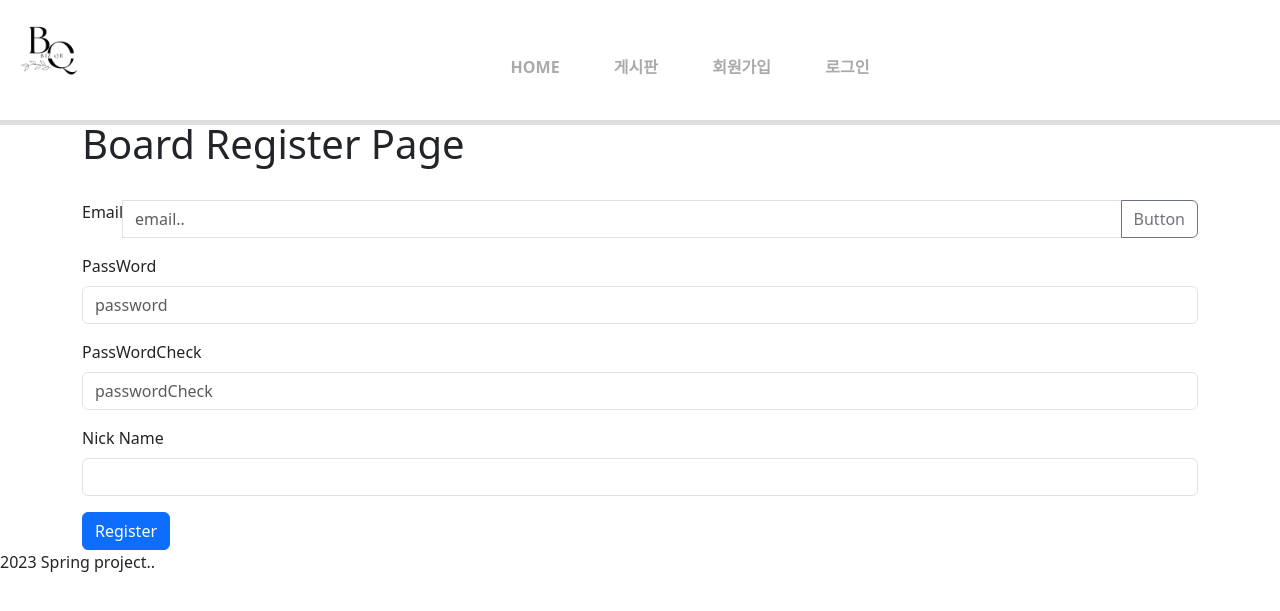
Repository: Skylee-1996/springSelf
Page: http://localhost/spring_test2/WEB-INF/views/member/register.jsp
An editor plug-in stored every save of this project. The page is shown before and after the next save, followed by the edit.
The browser window is 1280 px wide. The pictures show the whole page.
The page is served by Tomcat 9. Nobody is signed in. Other server files are loaded and not shown. The template is opened directly, without the code that normally fills it, so the values that code supplies are empty.

Above is the page before, as saved 2024-01-19 00:25:53.
Console error: TypeError: Cannot read properties of null (reading 'addEventListener')

### spring_test2/src/main/webapp/WEB-INF/views/member/register.jsp
<%@ page language="java" contentType="text/html; charset=UTF-8"
    pageEncoding="UTF-8"%>
<%@ taglib uri="http://java.sun.com/jsp/jstl/core" prefix="c"%>


<jsp:include page="../layout/header.jsp"></jsp:include>

	<!-- email, pwd, nick_name -->
<div class="container-md">
<h1>Board Register Page</h1>
<br>
<form action="/member/register" method="post" >
<div class="input-group mb-3">
  <label for="e" class="form-label">Email</label>
  <input type="email" class="form-control" name="email" id="e" placeholder="email.." required="required" aria-describedby="button-addon2">
   <button class="btn btn-outline-secondary" type="button" id="button-addon2">Button</button>
</div>

<div class="mb-3">
  <label for="p" class="form-label">PassWord</label>
  <input type="password" class="form-control" name="pwd" id="p" placeholder="password" required="required">
</div>
<div class="mb-3">
  <label for="pc" class="form-label">PassWordCheck</label>
  <input type="password" class="form-control" name="pwdC" id="pc" placeholder="passwordCheck" required="required">
</div>

<div class="mb-3">
  <label for="n" class="form-label">Nick Name</label>
   <input type="text" class="form-control" name="nickName" id="n">
</div>

<button type="submit" class="btn btn-primary" id="regBtn">Register</button>

</form>
</div>
<jsp:include page="../layout/footer.jsp"></jsp:include>

### spring_test2/src/main/webapp/WEB-INF/views/layout/header.jsp
<%@ page language="java" contentType="text/html; charset=UTF-8"
	pageEncoding="UTF-8"%>
<%@ taglib uri="http://java.sun.com/jsp/jstl/core" prefix="c"%>
<%@ taglib uri="http://www.springframework.org/security/tags"
	prefix="sec"%>
<!DOCTYPE html>
<html>
<head>
<meta charset="UTF-8">
<title>Insert title here</title>
<link rel="stylesheet" href="/resources/css/reset.css">
<link rel="stylesheet" href="/resources/css/nav.css">
<link href="https://cdn.jsdelivr.net/npm/bootstrap@5.3.1/dist/css/bootstrap.min.css" rel="stylesheet" integrity="sha384-4bw+/aepP/YC94hEpVNVgiZdgIC5+VKNBQNGCHeKRQN+PtmoHDEXuppvnDJzQIu9" crossorigin="anonymous">
<link
	href='https://fonts.googleapis.com/css?family=Roboto:500,900,100,300,700,400'
	rel='stylesheet' type='text/css'>
</head>
<body>

	<nav class="stroke">
	<a class="logo" href="/"><img src="/resources/image/logo.png" alt=""/></a>
		<ul>
			<li><a href="/">Home</a></li>
			<li><a href="/board/list">게시판</a></li>
			<sec:authorize access="isAuthenticated()">
				<sec:authentication property="principal.mvo.email" var="authEmail" />
				<sec:authentication property="principal.mvo.nickName" var="authNick" />
				<sec:authentication property="principal.mvo.authList" var="auths" />


				<c:choose>
					<c:when
						test="${auths.stream().anyMatch(authVO -> authVO.auth.equals('ROLE_ADMIN')).get() }">
						<li><a href="/member/list">회원리스트
								${authNick}(${authEmail}/ADMIN)</a></li>
					</c:when>
					<c:otherwise>
						<li><a href="/member/modify">회원정보
								수정${authNick}(${authEmail})</a></li>
					</c:otherwise>
				</c:choose>


				<li><a href="/member/logout" id="logoutLink">로그아웃</a></li>
				<li><a href="/board/register">게시판 글쓰기</a></li>
				<form action="/member/logout" method="post" id="logoutForm">
					<!--인증 된 이메일  -->
					<input type="hidden" name="email" value="${authEmail}">
				</form>

			</sec:authorize>

			<sec:authorize access="isAnonymous()">
				<li><a href="/member/register">회원가입</a></li>

				<li><a href="/member/login">로그인</a></li>
			</sec:authorize>
		</ul>
	</nav>



	<script type="text/javascript">

document.getElementById('logoutLink').addEventListener('click',(e)=>{
    e.preventDefault();
    document.getElementById('logoutForm').submit();
});
</script>

### spring_test2/src/main/webapp/WEB-INF/views/layout/footer.jsp
<%@ page language="java" contentType="text/html; charset=UTF-8"
    pageEncoding="UTF-8"%>



<div>
	2023 Spring project..
</div>

 <script src="https://cdn.jsdelivr.net/npm/bootstrap@5.3.1/dist/js/bootstrap.bundle.min.js" integrity="sha384-HwwvtgBNo3bZJJLYd8oVXjrBZt8cqVSpeBNS5n7C8IVInixGAoxmnlMuBnhbgrkm" crossorigin="anonymous"></script>
</body>
</html>

### spring_test2/src/main/webapp/resources/css/nav.css

/* NAVIGATION */
nav {
  width: 100%;
  margin: 0 auto;
  background: #fff;
  padding: 0px 0px 20px 0px;
  box-shadow: 0px 5px 0px #dedede;
  display: inline-block;
}
.logo{
	float: left;
}
nav a img{
  width: 100px;
  height: 100px;
}

/* By Dominik Biedebach @domobch */
nav ul {
  list-style: none;
  text-align: center;
  align-items: center;
  margin: 40px 0px 0px 0px;
}
nav ul li {
  display: inline-block;
}
nav ul li a {
  display: block;
  padding: 15px;
  text-decoration: none;
  color: #aaa;
  font-weight: 800;
  text-transform: uppercase;
  margin: 0 10px;
}
nav ul li a,
nav ul li a:after,
nav ul li a:before {
  transition: all .5s;
}
nav ul li a:hover {
  color: #555;
}

/* By Dominik Biedebach @domobch */


/* stroke */
nav.stroke ul li a,
nav.fill ul li a {
  position: relative;
}
nav.stroke ul li a:after,
nav.fill ul li a:after {
  position: absolute;
  bottom: 0;
  left: 0;
  right: 0;
  margin: auto;
  width: 0%;
  content: '.';
  color: transparent;
  background: #333;
  height: 1px;
}
nav.stroke ul li a:hover:after {
  width: 100%;
}

nav.fill ul li a {
  transition: all 2s;
}
/* By Dominik Biedebach @domobch */

nav.fill ul li a:after {
  text-align: left;
  content: '.';
  margin: 0;
  opacity: 0;
}
nav.fill ul li a:hover {
  color: #023f1c;
  z-index: 1;
}
nav.fill ul li a:hover:after {
  z-index: -10;
  animation: fill 1s forwards;
  -webkit-animation: fill 1s forwards;
  -moz-animation: fill 1s forwards;
  opacity: 1;
}

/* Circle */
nav.circle ul li a {
  position: relative;
  overflow: hidden;
  z-index: 1;
}
/* By Dominik Biedebach @domobch */
nav.circle ul li a:after {
  display: block;
  position: absolute;
  margin: 0;
  top: 0;
  bottom: 0;
  left: 0;
  right: 0;
  content: '.';
  color: transparent;
  width: 1px;
  height: 1px;
  border-radius: 50%;
  background: transparent;
}
nav.circle ul li a:hover:after {
  -webkit-animation: circle 1.5s ease-in forwards;
}

/* SHIFT */
nav.shift ul li a {
  position:relative;
  z-index: 1;
}
nav.shift ul li a:hover {
  color: #91640F;
}
nav.shift ul li a:after {
  display: block;
  position: absolute;
  top: 0;
  left: 0;
  bottom: 0;
  right: 0;
  margin: auto;
  width: 100%;
  height: 1px;
  content: '.';
  color: transparent;
  background: #F1C40F;
  visibility: none;
  opacity: 0;
  z-index: -1;
}
nav.shift ul li a:hover:after {
  opacity: 1;
  visibility: visible;
  height: 100%;
}

/* By Dominik Biedebach @domobch */

/* Blend */
nav.blend ul li a {
  position: relative;
  border-radius: 5px;
  overflow: hidden;
  z-index: 1;
}
nav.blend ul li a:hover {
  color: #fff;
}
nav.blend ul li a:before,
nav.blend ul li a:after {
  position: absolute;
  width: 0px;
  height: 100%;
  top: 0;
  bottom: 0;
  background: #D35400;
  transition: all .5s;
  margin: auto;
  content: '.';
  color: transparent;
  z-index: -1;
  opacity: 0.75;
}
nav.blend ul li a:before {
  left: 0;
}
nav.blend ul li a:after {
  right: 0;
}

nav.blend ul li a:hover:after,
nav.blend ul li a:hover:before {
  width: 100%;
}

/* DROWN */

nav.drown ul li a {
  position: relative;
  overflow: hidden;
  z-index: 1;
}

nav.drown ul li a:hover {
  color: #fff;
}

nav.drown ul li a:before {
  background: #fff;
  content: '.';
  color: transparent;
  position: absolute;
  width: 500%;
  top: 100px;
  right: 300px;
  height: 300px;
  z-index: -1;
}
nav.drown ul li a:hover:before {
  left: auto;
  bottom: auto;
  right: -50%;
  top: 0;
  background: #89C52B;
}



/* Keyframes */
@-webkit-keyframes fill {
  0% {
    width: 0%;
    height: 1px;
  }
  50% {
    width: 100%;
    height: 1px;
  }
  100% {
    width: 100%;
    height: 100%;
    background: #2ECC71;
  }
}

/* Keyframes */
@-webkit-keyframes circle {
  0% {
    width: 1px;
    top: 0;
    left: 0;
    bottom: 0;
    right: 0;
    margin: auto;
    height: 1px;
    z-index: -1;
    background: #eee;
    border-radius: 100%;
  }
  100% {
    background: #aaa;
    height: 5000%;
    width: 5000%;
    z-index: -1;
    top: 0;
    bottom: 0;
    left: 0;
    right: 0;
    margin: auto;
    border-radius: 0;
  }
}

/* By Dominik Biedebach @domobch */

Loaded but not shown: spring_test2/src/main/webapp/resources/css/reset.css (common file)

After the next save:
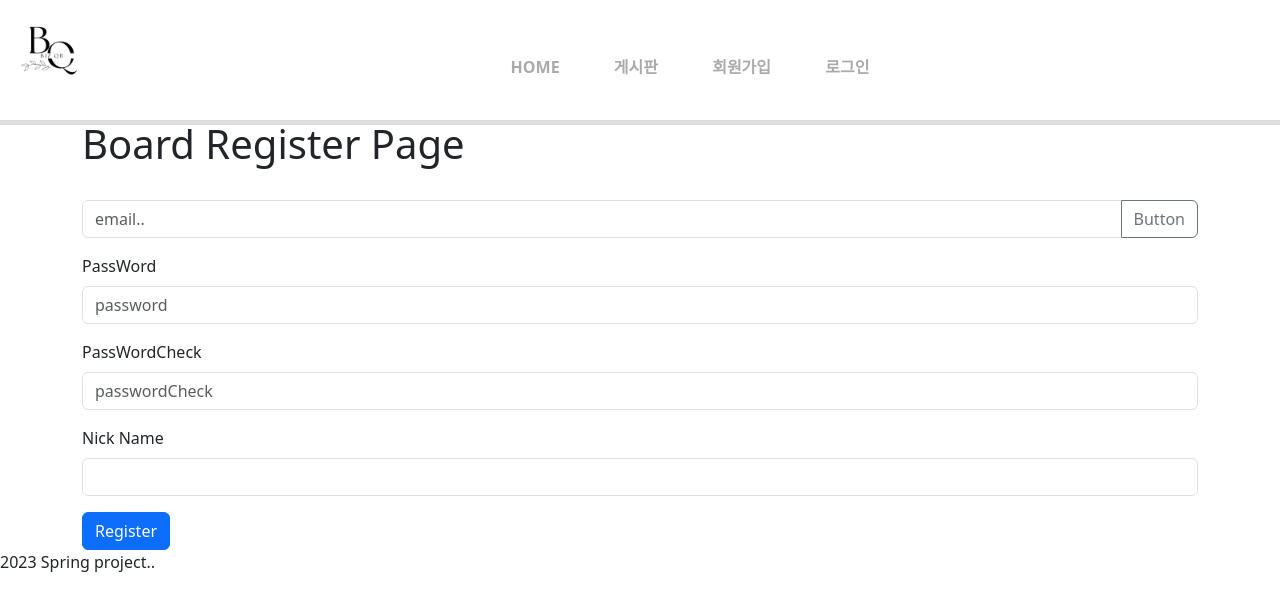
Saved 38 s later.
--- a/spring_test2/src/main/webapp/WEB-INF/views/member/register.jsp
+++ b/spring_test2/src/main/webapp/WEB-INF/views/member/register.jsp
@@ -11,7 +11,6 @@
 <br>
 <form action="/member/register" method="post" >
 <div class="input-group mb-3">
-  <label for="e" class="form-label">Email</label>
   <input type="email" class="form-control" name="email" id="e" placeholder="email.." required="required" aria-describedby="button-addon2">
    <button class="btn btn-outline-secondary" type="button" id="button-addon2">Button</button>
 </div>
